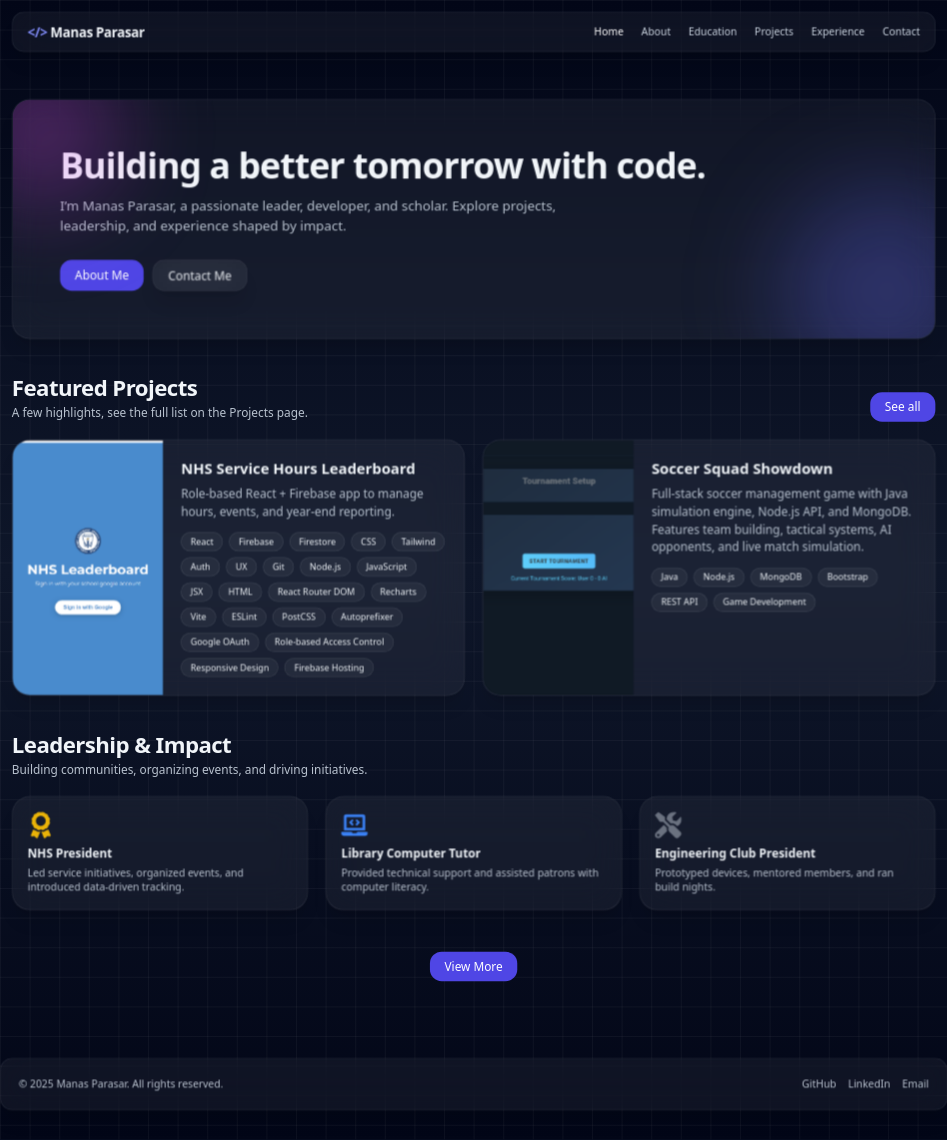
Repository: Manas-Parasar/portfolio-manas-parasar
Page: /
An editor plug-in stored every save of this project. The page is shown before and after the next save, followed by the edit.
The browser window is 1280 px wide. The pictures show the whole page, at 74% of full size.
The project was rebuilt for these pictures with package versions that can differ from the ones it lists, and the page was loaded fresh each time. Also part of the build but not shown: vite.config.js, src/pages/About.jsx, src/pages/Projects.jsx, src/components/TimelineItem.jsx, src/pages/Experience.jsx, src/pages/Contact.jsx. Imported but missing from the stored project, and not drawn on this page: src/assets/Manas Parasar Resume.pdf.

Above is the page before, as saved 2025-10-12 23:01:56.

After the next save:
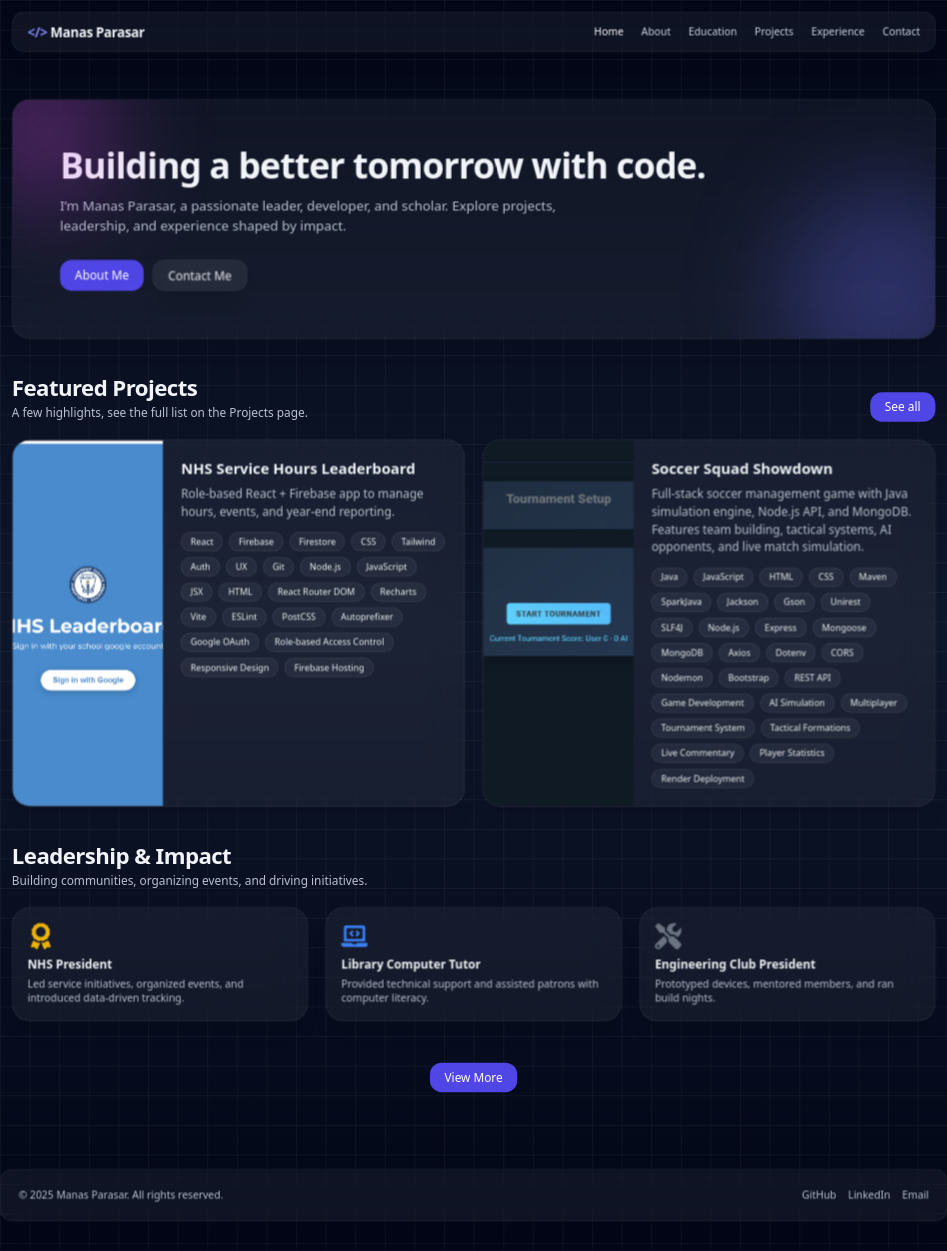
Saved 2 min 5 s later.
--- a/src/pages/Home.jsx
+++ b/src/pages/Home.jsx
@@ -55,11 +55,33 @@ export default function Home() {
             desc="Full-stack soccer management game with Java simulation engine, Node.js API, and MongoDB. Features team building, tactical systems, AI opponents, and live match simulation."
             tags={[
               "Java",
+              "JavaScript",
+              "HTML",
+              "CSS",
+              "Maven",
+              "SparkJava",
+              "Jackson",
+              "Gson",
+              "Unirest",
+              "SLF4J",
               "Node.js",
+              "Express",
+              "Mongoose",
               "MongoDB",
+              "Axios",
+              "Dotenv",
+              "CORS",
+              "Nodemon",
               "Bootstrap",
               "REST API",
               "Game Development",
+              "AI Simulation",
+              "Multiplayer",
+              "Tournament System",
+              "Tactical Formations",
+              "Live Commentary",
+              "Player Statistics",
+              "Render Deployment",
             ]}
             link="https://github.com/Manas-Parasar/Soccer-Squad-Showdown"
             img={soccerSquadShowdownScreenshot}
